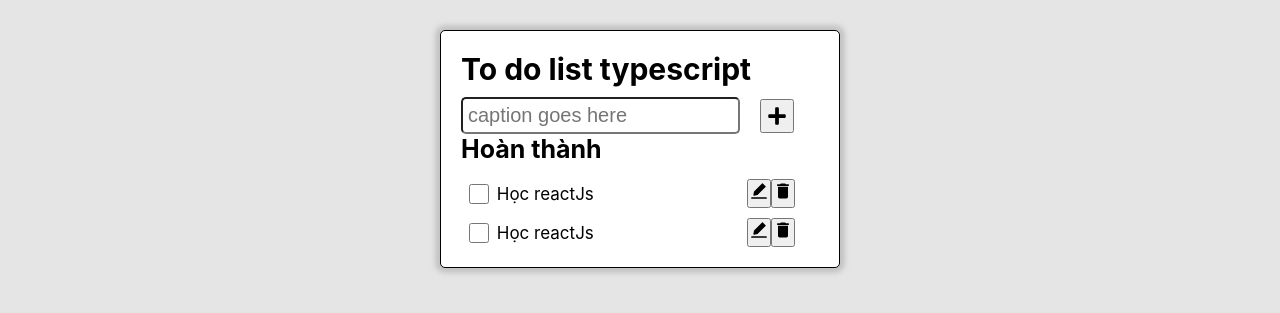
Repository: Nhatktvn/TodoListReactTs
Page: /
These files come from the project's save history. The page is drawn as it stood at one moment and after the next save; the edit follows.
The browser window is 1280 px wide. The pictures show the whole page.
The project was rebuilt for these pictures with package versions that can differ from the ones it lists, and the page was loaded fresh each time.

Above is the page before, as saved 2023-11-08 09:09:14.

After the next save:
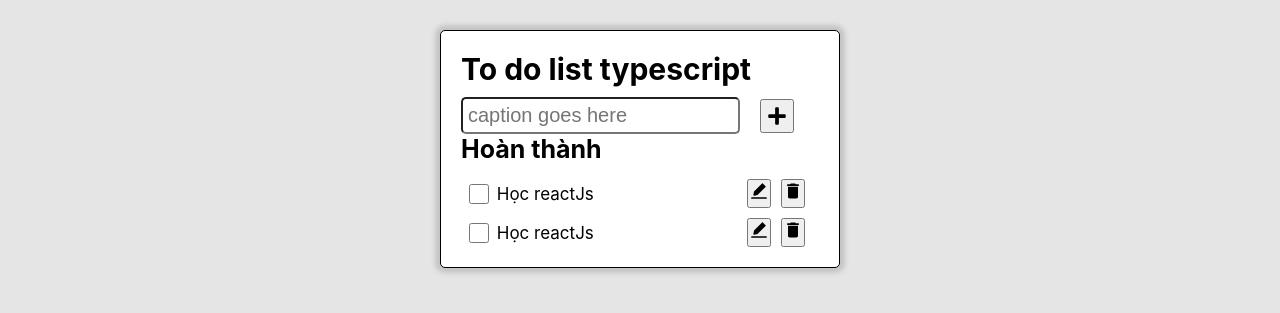
Saved 5 s later.
--- a/src/components/TaskList/tasklist.module.scss
+++ b/src/components/TaskList/tasklist.module.scss
@@ -25,6 +25,7 @@
     }
     .taskAction {
       display: flex;
+      gap: 1rem;
     }
   }
 }
